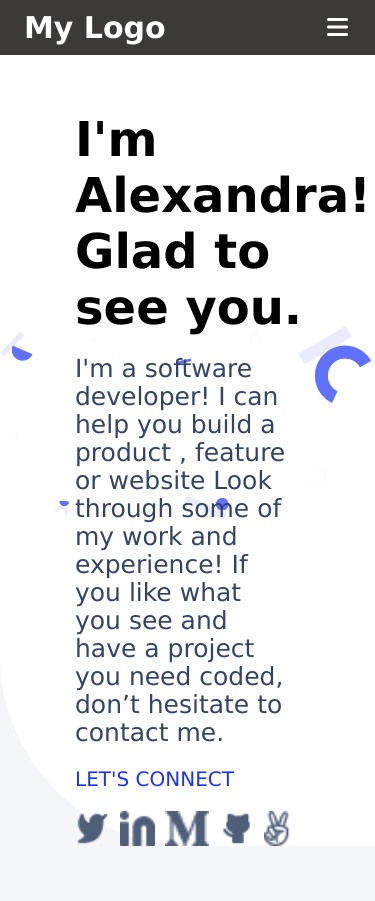
Repository: usman3123/portfolio-template-3
Page: portfolio.html
An editor plug-in stored every save of this project. The page is shown before and after the next save, followed by the edit.
The browser window is 375 px wide. The pictures show the whole page.
Some web libraries are served in a nearby version.

Above is the page before, as saved 2025-01-24 22:46:16.

After the next save:
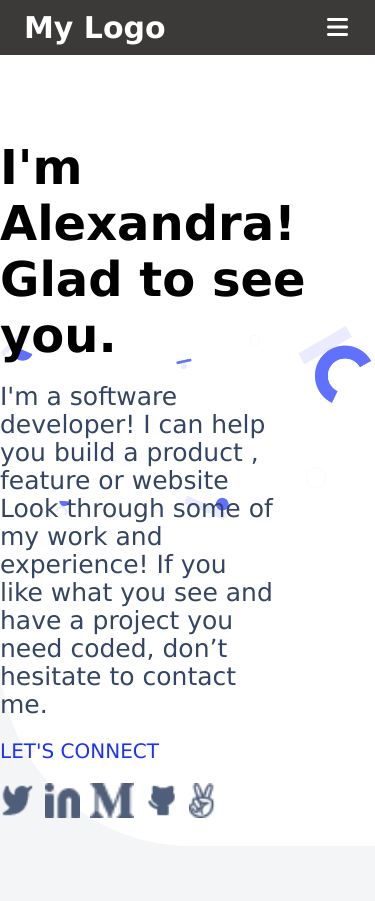
Saved 45 s later.
--- a/style.css
+++ b/style.css
@@ -108,6 +108,8 @@ body {
 @media (max-width : 500px) {
     .hero-head {
         width: 100%;
+    }
+    .hero-section {
         padding-left: 0px;
     }
 }
